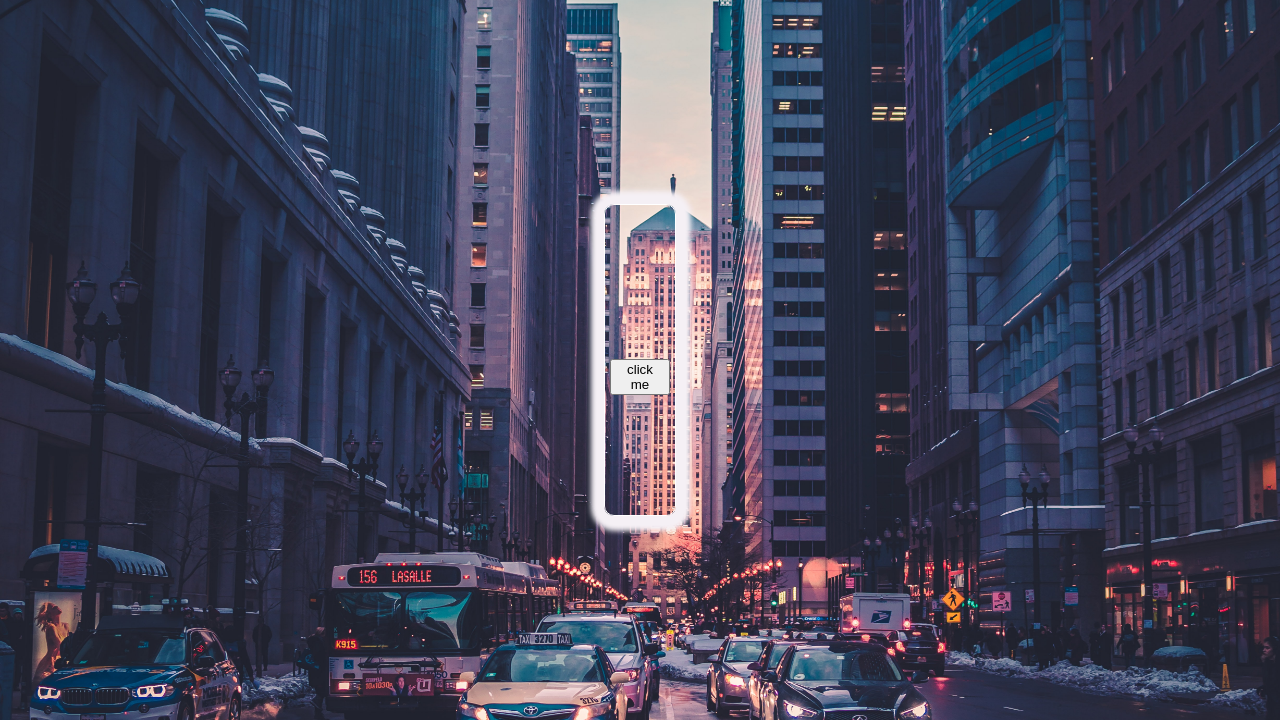
Repository: lamilekan263/random_advice
Page: /
These files come from the project's save history. The page is drawn as it stood at one moment and after the next save; the edit follows.
The browser window is 1280 px wide. The pictures show the whole page.
The page's requests for data from a server got no answer. The project was rebuilt for these pictures with package versions that can differ from the ones it lists, and the page was loaded fresh each time. No one was signed in, and anything a server would have sent is missing.

Above is the page before, as saved 2020-08-10 14:43:23.

After the next save:
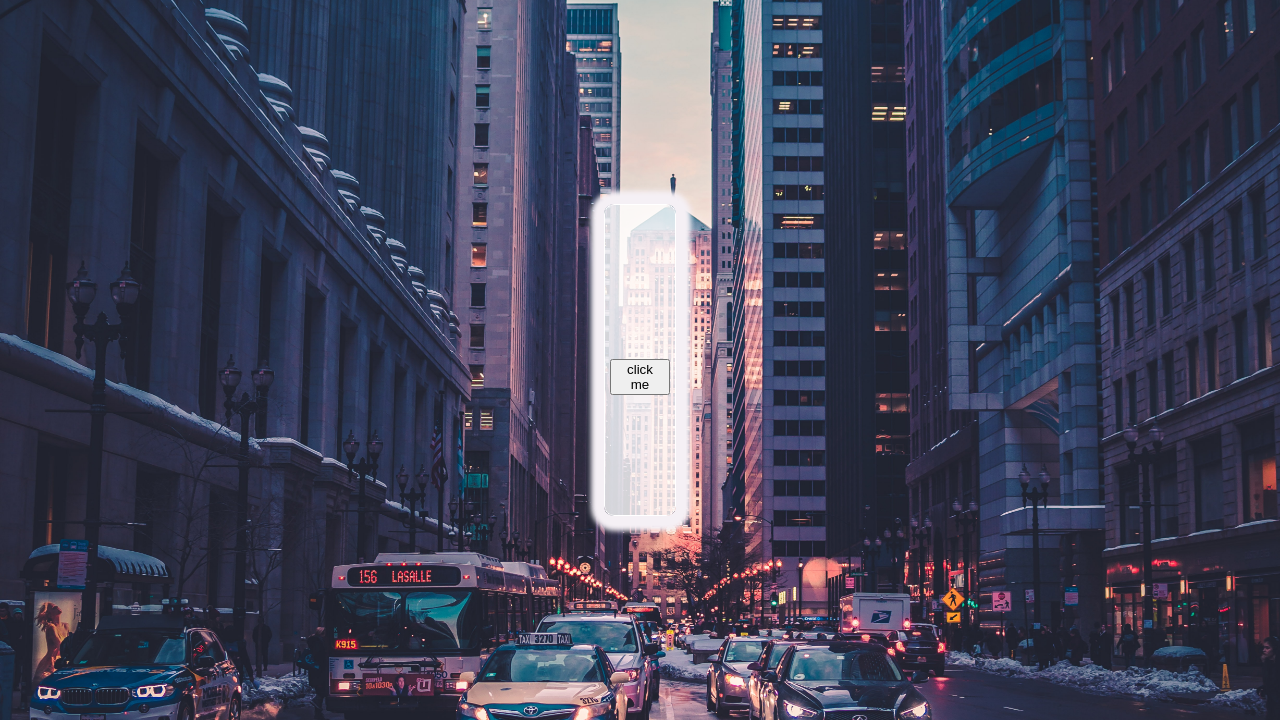
Saved 18 s later.
--- a/src/App.css
+++ b/src/App.css
@@ -16,7 +16,7 @@
 .card{
   width:80%;
   margin: 0 auto;
-  background-color: transparent;
+  background: rgba(255, 255, 255, 0.8);
   border:1px solid white;
   padding:5px;
   border-radius: 10px;

After the save that followed:
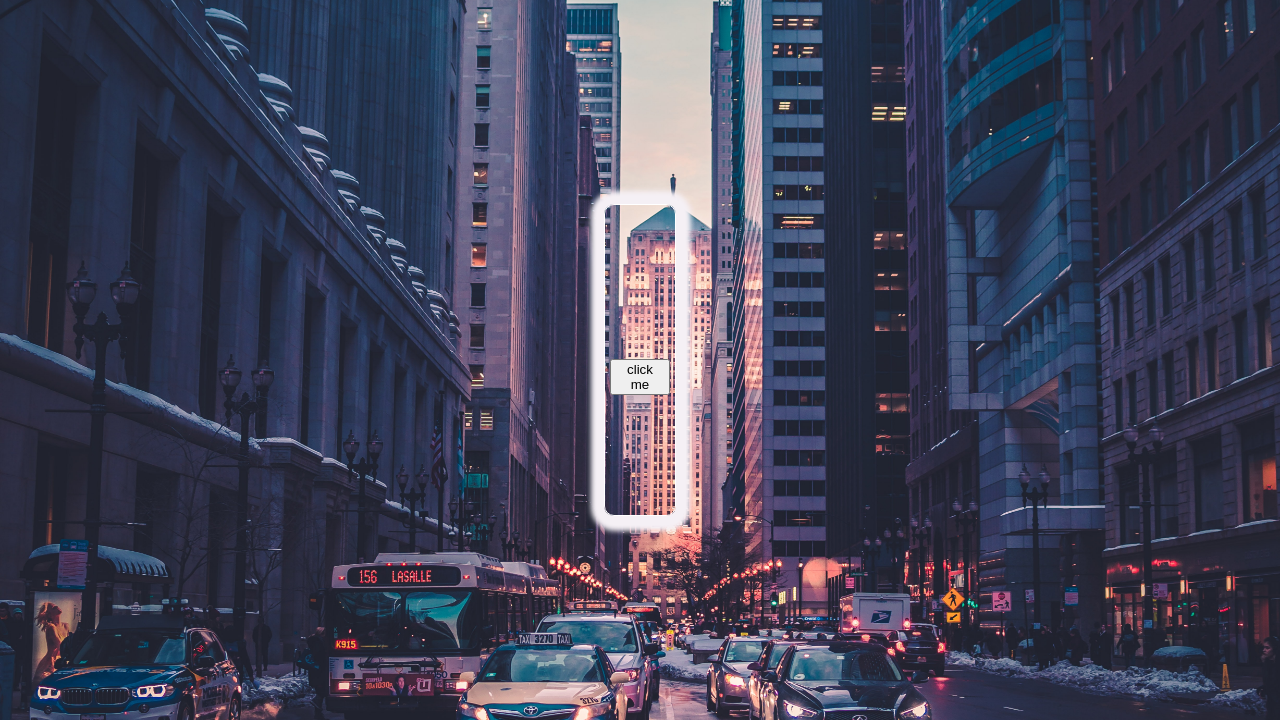
Saved 12 s later.
--- a/src/App.css
+++ b/src/App.css
@@ -16,7 +16,7 @@
 .card{
   width:80%;
   margin: 0 auto;
-  background: rgba(255, 255, 255, 0.8);
+  background-color: transparent;
   border:1px solid white;
   padding:5px;
   border-radius: 10px;
